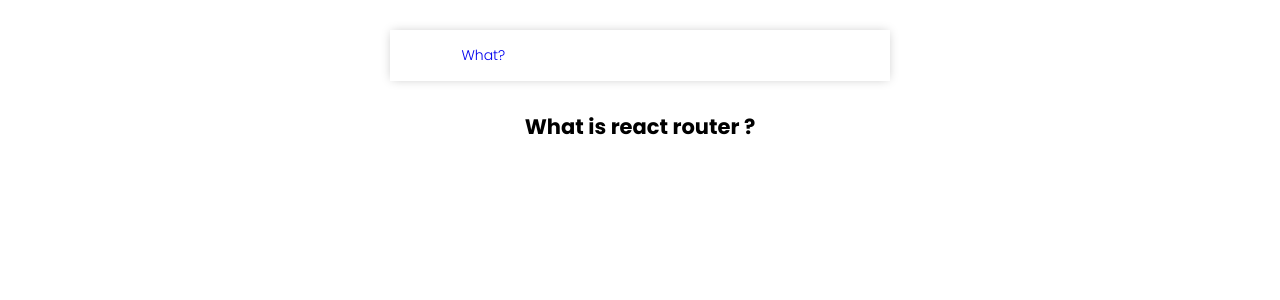
Repository: nguy3nds/2021-18-9-react
Page: /How
An editor plug-in stored every save of this project. The page is shown before and after the next save, followed by the edit.
The browser window is 1280 px wide. The pictures show the whole page.
The project was rebuilt for these pictures with package versions that can differ from the ones it lists, and the page was loaded fresh each time. Also part of the build but not shown: src/components/How.js, src/components/Why.js.

Above is the page before, as saved 2021-09-18 23:46:41.

After the next save:
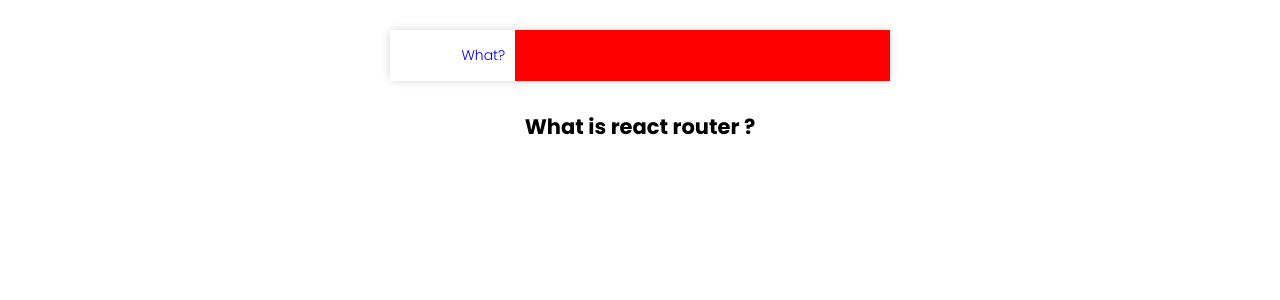
Saved 16 s later.
--- a/src/App.css
+++ b/src/App.css
@@ -77,7 +77,7 @@ button {
     to right,
     transparent 0%,
     transparent 25%,
-    white calc(25%)
+    red calc(25%)
   );
 }
 .menu-link {
